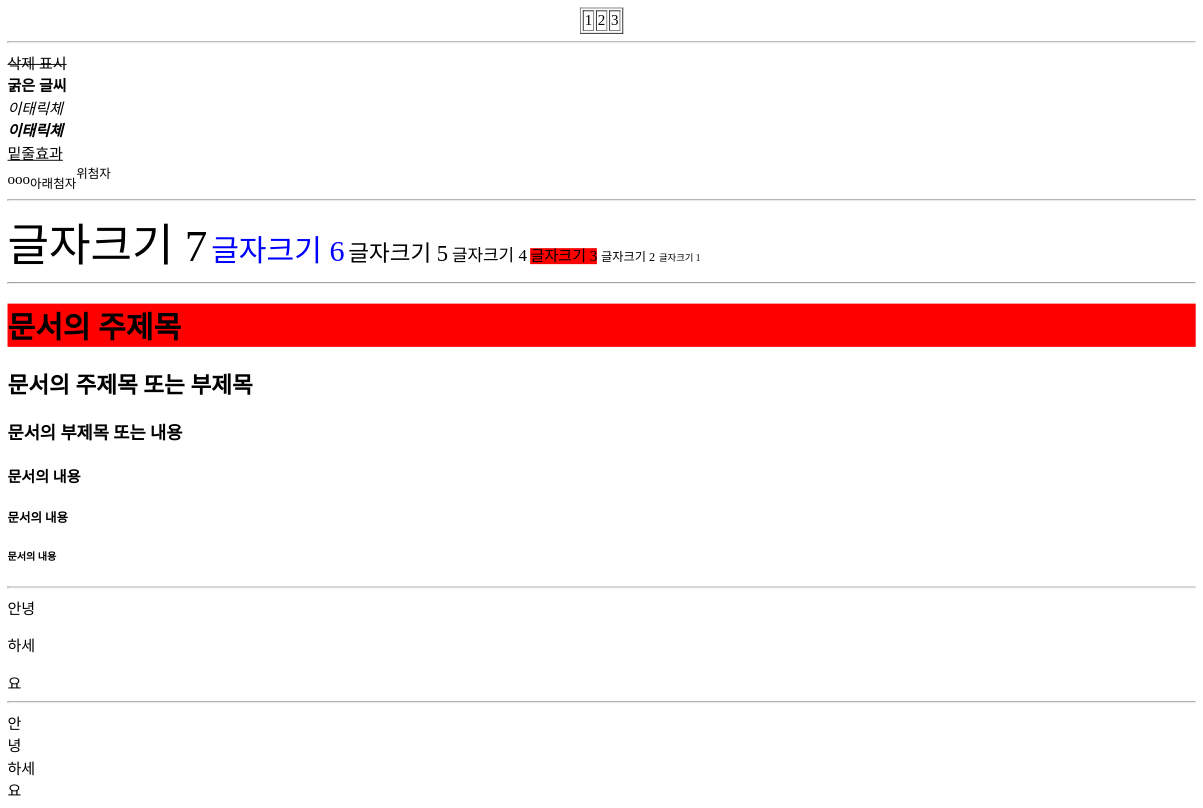
Repository: hui-Joo/html
Page: html/day01.html
An editor plug-in stored every save of this project. The page is shown before and after the next save, followed by the edit.
The browser window is 1280 px wide. The pictures show the whole page, at 94% of full size.

Above is the page before, as saved 2021-10-04 05:19:52.

### html/day01.html
<!DOCTYPE html>
<html>
<head>
<meta charset="utf-8"> <!-- 이건 없어됨 꺽쇠 느낌표 바바가 주석임 -->
<title>Insert title here</title>
</head>
<!--
<body text="white" bgcolor="black">
-->
<body>

<table border="1" align="center">
	<tr>
		<td>1</td><td>2</td><td>3</td>

	</tr>
</table>

<hr>

<strike>삭제 표시</strike><br>
<b>굵은 글씨</b><br>
<i>이태릭체</i><br>
<i><b>이태릭체</b></i><br>
<u>밑줄효과</u><br>
ooo<sub>아래첨자</sub><sup>위첨자</sup>

<hr>

<font size="7">글자크기 7</font>
<font size="6" face="궁서체" color='blue'>글자크기 6</font>
<font size="5">글자크기 5</font>
<font size="4">글자크기 4</font>
<font size="3" style="background-color: red;">글자크기 3</font>
<font size="2">글자크기 2</font>
<font size="1">글자크기 1</font>

<hr>

<h1 style="background-color: red;">문서의 주제목</h1>
<h2>문서의 주제목 또는 부제목</h2>
<h3>문서의 부제목 또는 내용</h3>
<h4>문서의 내용</h4>
<h5>문서의 내용</h5>
<h6>문서의 내용</h6>

<hr>
	안녕
	<p>하세</p>
	요
<hr>
	안<br>녕<br>
	하세<br>
	요
<!--
	안녕하세요~
-->
</body>
</html>

After the next save:
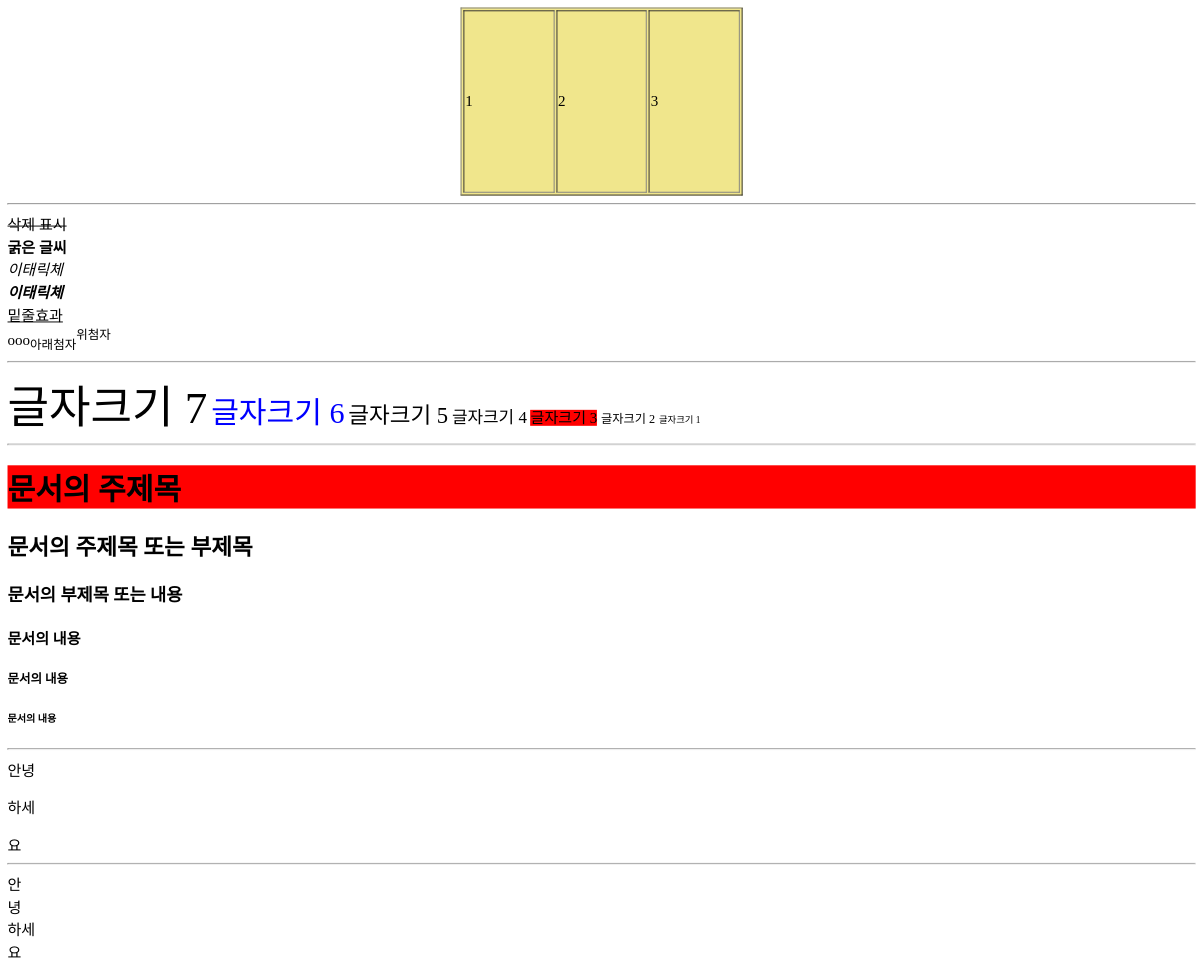
Saved 47 s later.
--- a/html/day01.html
+++ b/html/day01.html
@@ -9,7 +9,7 @@
 -->
 <body>
 
-<table border="1" align="center">
+<table border="1" align="center" height="200" width="300" bgcolor="khaki">
 	<tr>
 		<td>1</td><td>2</td><td>3</td>
 
